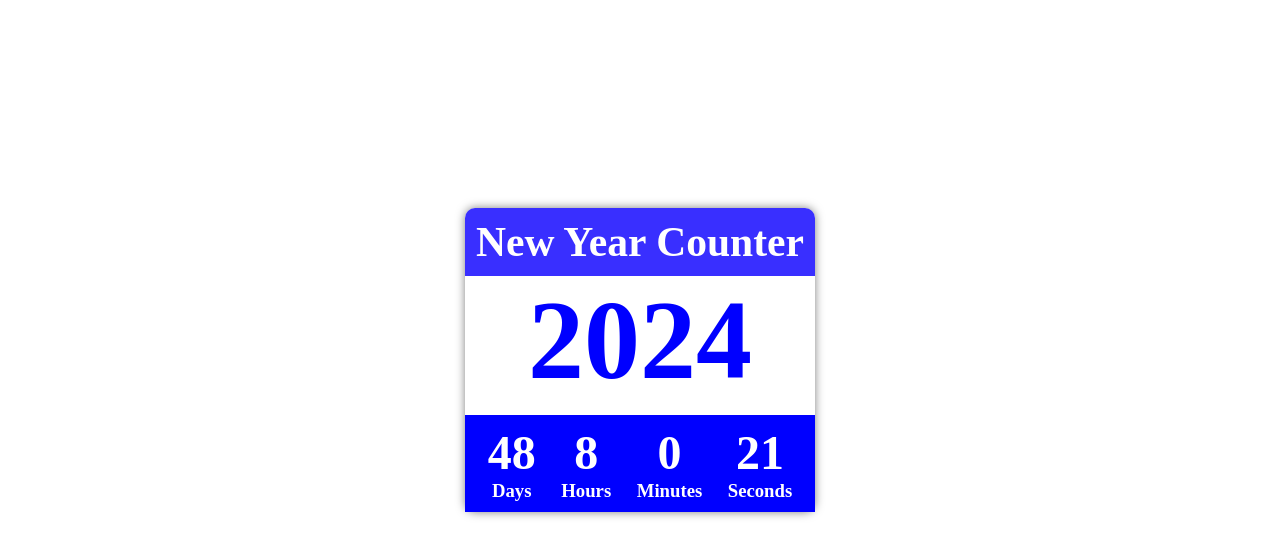
Repository: JunaidAnsari202/New-Year-counter
Page: index.html
An editor plug-in stored every save of this project. The page is shown before and after a run of saves, followed by the edit.
The browser window is 1280 px wide. The pictures show the whole page.

Above is the page before, as saved 2024-11-13 16:10:25.

### index.html
<!DOCTYPE html>
<html lang="en">
<head>
    <meta charset="UTF-8">
    <meta name="viewport" content="width=device-width, initial-scale=1.0">
    <title>New Year Counter</title>
    <link rel="stylesheet" href="style.css">

</head>
<body>
    <div class="container">
        <div class="header">
            <h1>New Year Counter</h1>
        </div>
        <div class="next-year">
            <h1 id="next-year">2024</h1>
        </div>

        <div class="counter">
           <div class="days">
            <h1 id="days">00</h1>
            <h3>Days</h3>
           </div>

           <div class="hours">
            <h1 id="hours">00</h1>
            <h3>Hours</h3>
           </div>

           <div class="minutes">
            <h1 id="minutes">00</h1>
            <h3>Minutes</h3>
           </div>

           <div class="seconds">
            <h1 id="seconds">00</h1>
            <h3>Seconds</h3>
           </div>
        </div>
    </div>

    <script src="script.js"></script>
</body>
</html>

### style.css
*{
    margin: 0;
    padding: 0;
    box-sizing: border-box;
}

body{
    background-color: white;
    display: flex;
    justify-content: center;
    align-items: center;
    height: 100vh;
}

.container{
    background-color: white;
    width: 350px;
    border-radius: 10px;
    text-align: center;
    box-shadow:0 0 10px 0 rgba(0 , 0, 0, 0.5) ;
}

.header{
    background-color: rgb(57, 47, 255);
    padding: 10px;
    border-top-left-radius: 10px;
    border-top-right-radius: 10px;
    color: white;
    font-size: 1.3rem;
}

.next-year{
    font-size:3.5rem ;
    font-weight: bold;
    color: blue;
    margin-bottom: 10px;
}

.counter{
    display: flex;
    justify-content: space-around;
    background-color: blue;
    color: white;
    padding: 10px;
}

#days, #hours, #minutes, #seconds{
    font-size: 3rem;
    font-weight: bold;
}

### script.js
const days=document.querySelector('#days');
const hours=document.querySelector('#hours');
const minutes=document.querySelector('#minutes');
const seconds=document.querySelector('#seconds');

const currentYear = new Date().getFullYear();
const nextYear = currentYear + 1;

setInterval(()=>{
    const currentDate = new Date();
    const newYearDate = new Date(`January 01 ${nextYear} 00:00:00`);
    const totalSeconds =(newYearDate-currentDate)/1000;

    const daysLeft = Math.floor(totalSeconds / 3600 / 24);
    const hoursleft = Math.floor(totalSeconds / 3600) % 24;
    const minutesLeft = Math.floor(totalSeconds /60) % 60;
     const secondsLeft = Math.floor(totalSeconds) % 60;

     days.innerHTML = daysLeft;
     hours.innerHTML = hoursleft;
     minutes.innerHTML = minutesLeft;
     seconds.innerHTML = secondsLeft;

    }, 1000);

After the next 2 saves:
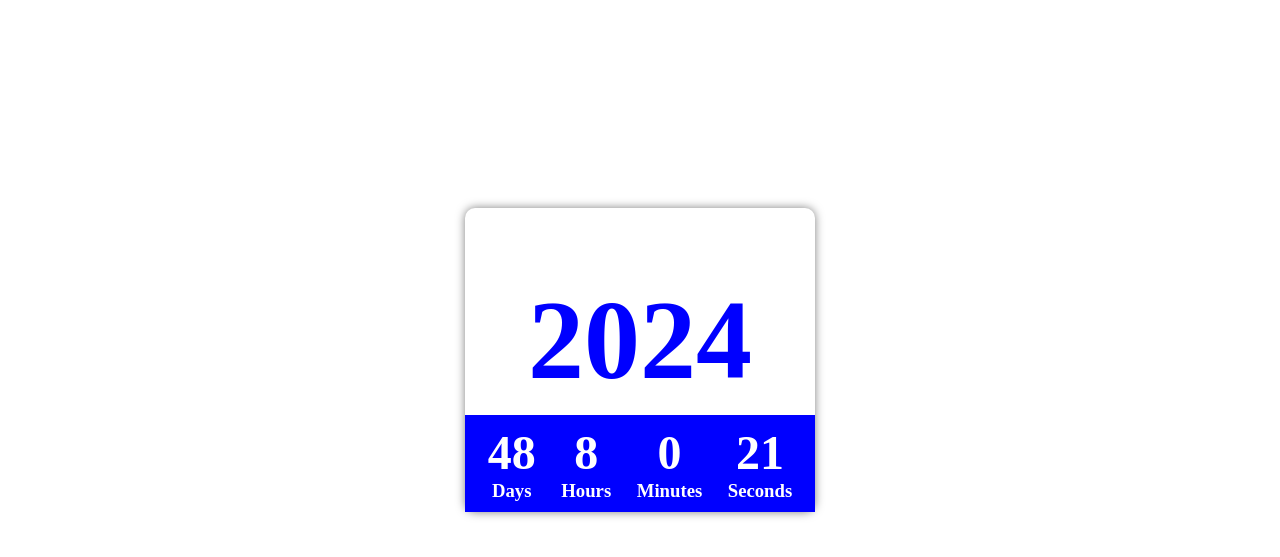
The 2 saves are shown as one change because they came seconds apart.
The last was saved 12 s later.
--- a/style.css
+++ b/style.css
@@ -21,7 +21,7 @@ body{
 }
 
 .header{
-    background-color: rgb(57, 47, 255);
+    background-color;
     padding: 10px;
     border-top-left-radius: 10px;
     border-top-right-radius: 10px;
